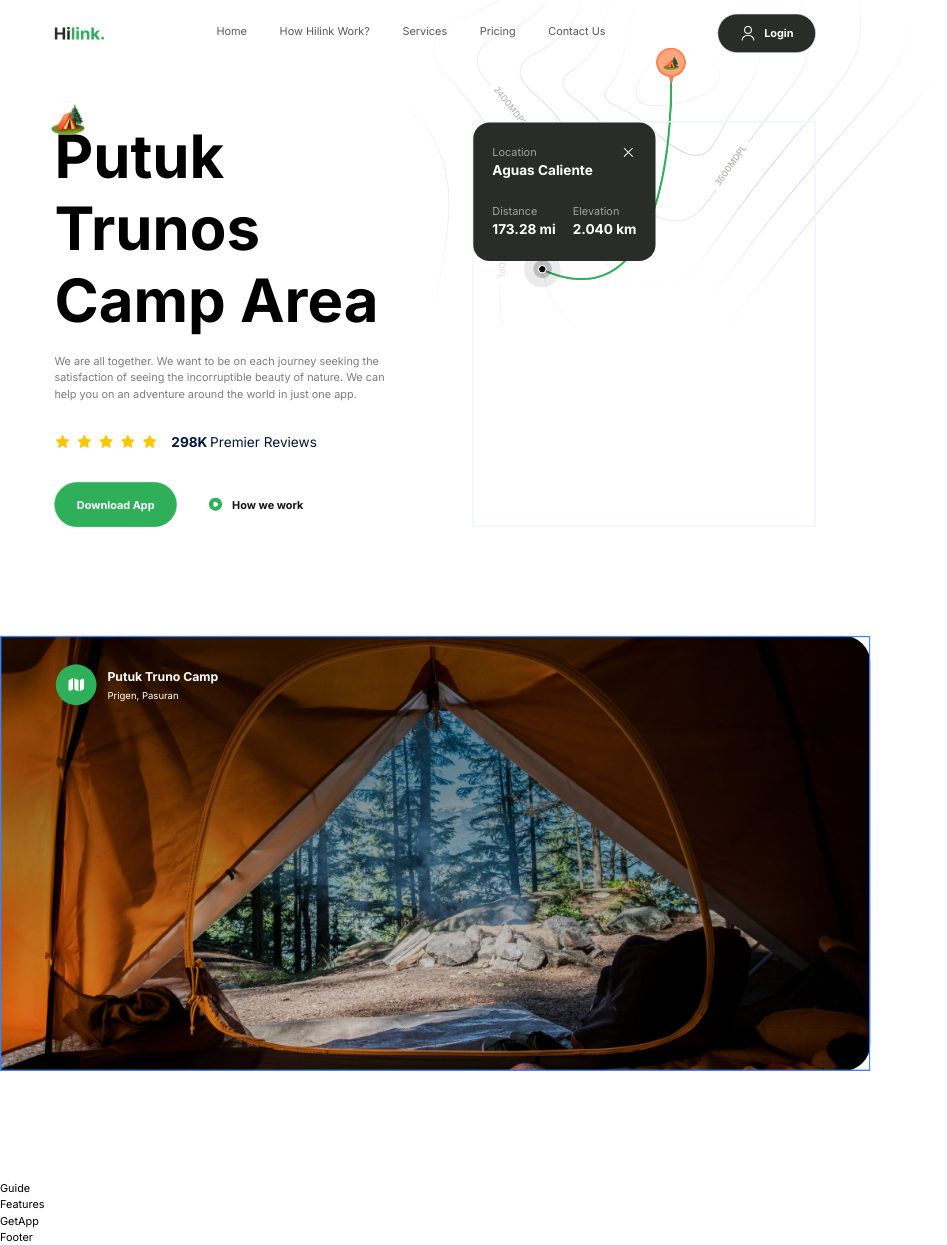
Repository: SouthpawC0der/Modern-reactsite
Page: /
An editor plug-in stored every save of this project. The page is shown before and after a run of saves, followed by the edit.
The browser window is 1280 px wide. The page is 1392 px wide, so the pictures cover 1392 px, including what lies to the right of the window. The pictures show the whole page, at 68% of full size.
The project was rebuilt for these pictures with package versions that can differ from the ones it lists, and the page was loaded fresh each time. The framework's server and built-in components were replaced by stand-ins that run in the browser. Also part of the build but not shown: next.config.ts.

Above is the page before, as saved 2025-02-06 12:10:24.

### app/layout.tsx
import type { Metadata } from "next";
import "./globals.css";
import Navbar from "@/components/Navbar";
import Footer from "@/components/Footer";

export default function RootLayout({
  children,
}: Readonly<{
  children: React.ReactNode;
}>) {
  return (
    <html lang="en">
      <body>
        <Navbar />
        <main className="relative-overflow-hidden">
        {children}
        </main>
        <Footer />
      </body>
    </html>
  );
}

### app/page.tsx
import Camp from "@/components/Camp";
import Features from "@/components/Features";
import GetApp from "@/components/GetApp";
import Guide from "@/components/Guide";
import Hero from "@/components/Hero";


export default function Home() {
  return (
    <>
    <Hero />
    <Camp />
    <Guide />
    <Features />
    <GetApp />
    </>
  );
}

### app/globals.css

@import url('https://fonts.googleapis.com/css2?family=Inter:wght@400;500;600;700;800&display=swap');

@tailwind base;
@tailwind components;
@tailwind utilities;

* {
  margin: 0;
  padding: 0;
  box-sizing: border-box;
}

body {
  font-family: Inter;
}

@layer utilities {
  .btn_white {
    @apply  border-white bg-white px-8 py-3 text-green-50
  }
  .btn_white_text  {
    @apply  border-white bg-white px-8 py-3 text-gray-90
  }
  .btn_green  {
    @apply  border-green-50 bg-green-50 px-8 py-5 text-white
  }
  .btn_dark_green {
    @apply  bg-green-90 px-8 py-4 text-white transition-all hover:bg-black
  }
  .btn_dark_green_outline  {
    @apply border-gray-20 bg-green-90 px-8 py-5 text-white
  }

  .max-container {
    @apply mx-auto max-w-[1440px];
  }

  .padding-container {
    @apply px-6 lg:px-20 3xl:px-0;
  }

  .flexCenter {
    @apply flex items-center justify-center;
  }

  .flexBetween {
    @apply flex items-center justify-between;
  }

  .flexStart {
    @apply flex items-center justify-start;
  }

  .flexEnd {
    @apply flex items-center justify-end;
  }

  /* FONTS */
  .regular-64 {
    @apply text-[64px] font-[400] leading-[120%];
  }

  .regular-40 {
    @apply text-[40px] font-[400] leading-[120%];
  }

  .regular-32 {
    @apply text-[32px] font-[400];
  }

  .regular-24 {
    @apply text-[24px] font-[400];
  }

  .regular-20 {
    @apply text-[20px] font-[400];
  }

  .regular-18 {
    @apply text-[18px] font-[400];
  }

  .regular-16 {
    @apply text-[16px] font-[400];
  }

  .regular-14 {
    @apply text-[14px] font-[400];
  }

  .medium-14 {
    @apply text-[14px] font-[600];
  }

  .bold-88 {
    @apply text-[88px] font-[700] leading-[120%];
  }

  .bold-64 {
    @apply text-[64px] font-[700] leading-[120%];
  }

  .bold-52 {
    @apply text-[52px] font-[700] leading-[120%];
  }

  .bold-40 {
    @apply text-[40px] font-[700] leading-[120%];
  }

  .bold-32 {
    @apply text-[32px] font-[700] leading-[120%];
  }

  .bold-20 {
    @apply text-[20px] font-[700];
  }

  .bold-18 {
    @apply text-[18px] font-[700];
  }

  .bold-16 {
    @apply text-[16px] font-[700];
  }

  /* Hero */
  .hero-map {
    @apply absolute right-0 top-0 h-screen w-screen bg-pattern-2 bg-cover bg-center md:-right-28 xl:-top-60;
  }

  /* Camp */
  .camp-quote {
    @apply absolute -right-6 bottom-4 w-[140px] lg:bottom-10 xl:-right-8 xl:w-[186px] 3xl:right-0;
  }

  /* Feature */
  .feature-phone {
    @apply absolute top-[13%] z-10 hidden max-w-[1500px] rotate-[15deg] md:-left-16 lg:flex  3xl:left-20;
  }

  /* Get App */
  .get-app {
    @apply max-container relative flex w-full  flex-col justify-between gap-32 overflow-hidden bg-green-90 bg-pattern bg-cover bg-center bg-no-repeat px-6 py-12 text-white sm:flex-row sm:gap-12 sm:py-24 lg:px-20 xl:max-h-[598px] 2xl:rounded-5xl;
  }
}

/* Hide scrollbar for Chrome, Safari and Opera */
.hide-scrollbar::-webkit-scrollbar {
  display: none;
}

/* Hide scrollbar for IE, Edge and Firefox */
.hide-scrollbar {
  -ms-overflow-style: none; /* IE and Edge */
  scrollbar-width: none; /* Firefox */
}

### components/Navbar.tsx
import { NAV_LINKS } from '@/constants'
import Image from 'next/image'
import Link from 'next/link'
import React from 'react'
import Button from './Button'

const Navbar = () => {
  return (
    <nav className='flexBetween max-container padding-container relative z-30 py-5'>
        <Link href="/">
          <Image src="/hilink-logo.svg" alt='logo' width={74} height={29} />
        </Link>

          <ul className='hidden h-full gap-12 lg:flex'>
             {NAV_LINKS.map((link) => (
                <Link href={link.href} key={link.key}
                className='regular-16 text-gray-50 flexCenter cursor-pointer pb-1.5 transition-all hover:font-bold'
                >
                    {link.label}
                </Link>
             ))}
          </ul>

          <div className='lg:flexCenter hidden'>
            <Button
            type='button'
            title='Login'
            icon='/user.svg'
            variant='btn_dark_green'
            />
          </div>

          <Image
          src='menu.svg'
          alt='menu'
          width={32}
          height={32}
          className='inline-block cursor-pointer lg:hidden'
          />
    </nav>
  )
}


export default Navbar

### components/Camp.tsx
import React from 'react'
import Image from 'next/image'


 interface CampProps {
  backgroundImage: string;
  title: string,
  subtitle: string,
  peopleJoined: string,
 }

const CampSite = ({backgroundImage, title, subtitle, peopleJoined}: CampProps) => {
  return (
    <div className={`h-full w-full min-w-[1100px] ${backgroundImage}
    bg-cover bg-no-repeat lg:rounded-r-5xl 2xl:rounded-5xl
    `}>
      <div className='flex h-full flex-col items-start justify-between
      p-6 lg:px-20 lg:py-10 border-2 border-blue-500'>
        <div className='flexCenter gap-4'>
           <div className='rounded-full bg-green-50 p-4'>
              <Image
                src="/folded-map.svg"
                alt="map"
                width={28}
                height={28}
              />
           </div>
           <div className='flex flex-col gap-1'>
              <h4 className='bold-18 text-white'>{title}</h4>
              <p className='regular-14 text-white'>{subtitle}</p>
           </div>
        </div>
      </div>
    </div>
  )
}


const Camp = () => {
  return (
    <section className='2xl:max-container relative flex fle-col py-10 lg:mb-10 lg:py-20 xl:mb-20'>
    <div className='hide-scrollbar flex h-[340px] w-full items-start justify-start gap-8 overflow-x-auto lg:h-[400px] xl:h-[640px]'>
      <CampSite
      backgroundImage='bg-bg-img-1'
      title='Putuk Truno Camp'
      subtitle='Prigen, Pasuran'
      peopleJoined='50+ Joined'
      />
    </div>
  </section>
  )
}

export default Camp

### components/Hero.tsx
import Image from 'next/image'
import React from 'react'
import Button from './Button'

const Hero = () => {
  return (
    <section className='max-container padding-container flex flex-col gap-20 py-10 pb-32 md:gap-28
     lg:py-20 xl:flex-row '>
        <div className='hero-map' />

        <div className='relative z-10 flex flex-1 flex-col xl:w-1/2'>
            <Image
            src='/camp.svg'
            alt='camp'
            width={50}
            height={50}
            className='absolute left-[-5px] top-[-30px] w-10 lg:w-[50px]'
             />
             <h1 className='bold-32 lg:bold-88'>Putuk Trunos Camp Area</h1>
             <p className='regular-16 mt-6 text-gray-30 xl:max-[520px]'>
                We are all together. We want to be on each journey seeking the
                satisfaction of seeing the incorruptible beauty of nature. We can
                help you on an adventure around the world in just one app.
             </p>

             <div className='my-11 flex flex-wrap gap-5'>
                <div className='flex items-center gap-2'>
                    {Array(5).fill(1).map((_, index) => (
                        <Image
                        src='/star.svg'
                        key={index}
                        alt='star'
                        width={24}
                        height={24}
                        />
                    ))}
                </div>
                <p className='bold-16 lg:bold-20 text-blue-70'>
                    298K
                    <span className='regular-16 lg:regular-20 ml-1'>Premier Reviews</span>
                </p>
             </div>
             <div className='flex flex-col w-full gap-3 sm:flex-row'>
                    <Button
                    type='button'
                    title='Download App'
                    variant='btn_green'
                    />
                    <Button
                    type='button'
                    title='How we work'
                    icon='/play.svg'
                    variant='btn_white_text'
                    />
             </div>
        </div>

        <div className='relative flex flex-1 items-start border-2 border-blue-50'>
           <div className='relative z-20 flex w-[268px] flex-col gap-8 rounded-3xl bg-green-90 px-7 py-8'>

            <div className='flex flex-col'>
                <div className='flexBetween'>
                    <p className='regular-16 text-gray-20'>Location</p>
                        <Image
                          src='/close.svg'
                          alt='close'
                          width={24}
                          height={24}
                        />
                </div>

                <p className='bold-20 text-white'>Aguas Caliente</p>
                </div>

                <div className='flexBetween'>
                  <div className='flex flex-col'>
                    <p className='regular-16 block text-gray-20'>Distance</p>
                    <p className='bold-20 text-white'>173.28 mi</p>
                </div>
                  <div className='flex flex-col'>
                    <p className='regular-16 block text-gray-20'>Elevation</p>
                    <p className='bold-20 text-white'> 2.040 km</p>
                </div>
              </div>
            </div>
        </div>
    </section>
  )
}

export default Hero

### components/Button.tsx
import Image from 'next/image';
import React from 'react'

type ButtonProps = {
    type: 'button' | 'submit';
    title: string;
    icon?: string,
    variant: string
}

const Button = ( {type, title, icon, variant }: ButtonProps) => {
  return (
    <button
    className={`flexCenter gap-3 rounded-full border ${variant}`}
    type={type}

    >
        {icon && <Image src={icon} alt={title} width={24} height={24} />}
        <label className='bold-16 whitespace-nowrap'>{title}</label>
    </button>
  )
}

export default Button

Loaded but not shown: components/Footer.tsx (common file); components/Features.tsx (common file); components/GetApp.tsx (common file); components/Guide.tsx (common file); constants/index.ts (common file); tailwind.config.ts (common file)

After the next 2 saves:
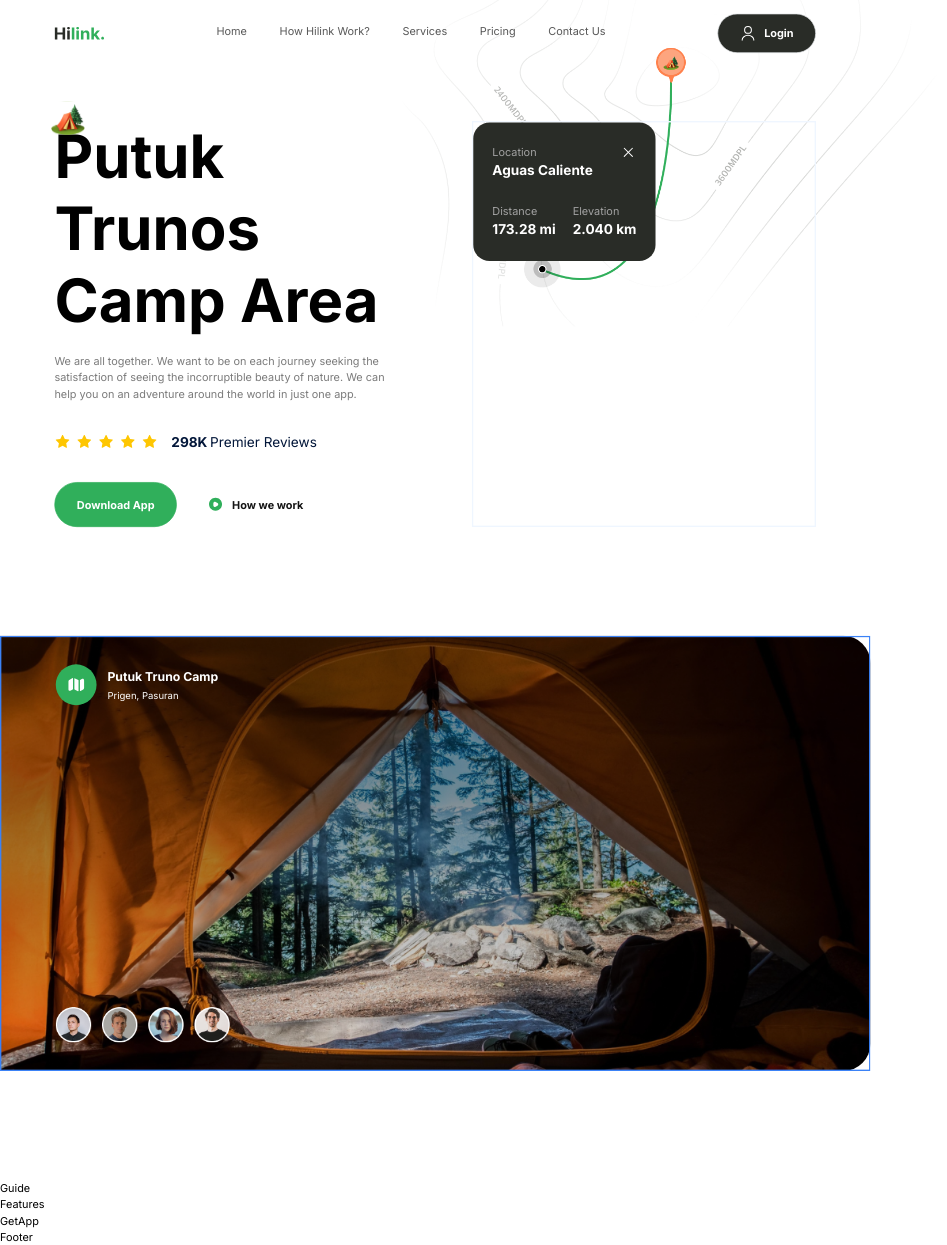
The 2 saves are shown as one change because 1 did not build or start.
The last was saved 6 min 11 s later.
--- a/components/Camp.tsx
+++ b/components/Camp.tsx
@@ -1,5 +1,6 @@
 import React from 'react'
 import Image from 'next/image'
+import { PEOPLE_URL } from '@/constants';
 
 
  interface CampProps {
@@ -30,6 +31,19 @@ const CampSite = ({backgroundImage, title, subtitle, peopleJoined}: CampProps) =
               <p className='regular-14 text-white'>{subtitle}</p>
            </div>
         </div>
+        <div className='flexCenter gap-6'>
+           <span className='flex space-x-4 overflow-hidden'>
+              {PEOPLE_URL.map((url) => (
+                <Image
+                src={url}
+                key={url}
+                alt='person'
+                width={52}
+                height={52}
+                />
+              ))}
+           </span>
+        </div>
       </div>
     </div>
   )
